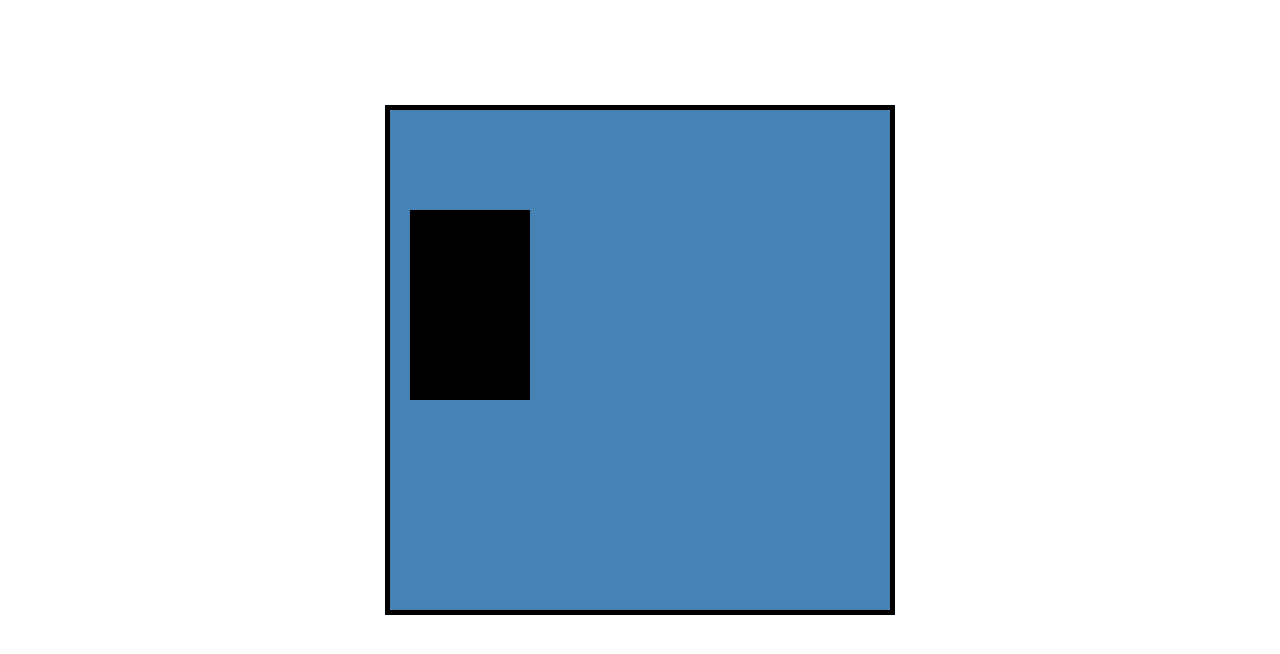
Repository: vasucp1207/seahorse-shooting-game
Page: index.html
The author's editor kept a copy of each file at every save. The page is drawn from the files as they stood at one save, then again after the next save.
The browser window is 1280 px wide. The pictures show the whole page.

Above is the page before, as saved 2022-08-24 18:35:08.

### index.html
<!DOCTYPE html>
<html lang="en">
<head>
    <meta charset="UTF-8">
    <meta http-equiv="X-UA-Compatible" content="IE=edge">
    <meta name="viewport" content="width=device-width, initial-scale=1.0">
    <title>Document</title>
    <link rel="stylesheet" href="style.css">
</head>
<body>
    <canvas id="canvas"></canvas>

    <script src="script.js"></script>
</body>
</html>

### style.css
* {
    margin: 0;
    padding: 0;
    box-sizing: border-box;
}

#canvas{
    border: 5px solid black;
    position: absolute;
    top: 50%;
    left: 50%;
    transform: translate(-50%, -50%);
    background: steelblue;
    max-width: 100%;
    max-height: 100%;
}

### script.js
window.addEventListener('load', function () {
    const canvas = this.document.getElementById('canvas')
    const ctx = canvas.getContext('2d')
    canvas.width = 500
    canvas.height = 500

    class InputHandler {
        constructor(game) {
            this.game = game
            window.addEventListener('keydown', e => {
                if (((e.key === 'ArrowUp')
                    || (e.key === 'ArrowDown'))
                    && (this.game.keys.indexOf(e.key)) === -1) {
                    this.game.keys.push(e.key)
                } else if(e.key === ' '){
                    this.game.player.shootTop()
                }
            })
            window.addEventListener('keyup', e => {
                if (this.game.keys.indexOf(e.key) > -1) {
                    this.game.keys.splice(this.game.keys.indexOf(e.key), 1)
                }
            })
        }
    }

    class Projectile {
        constructor(game, x, y){
            this.game = game
            this.x = x
            this.y = y
            this.width = 10
            this.height = 10
            this.speed = 10
            this.markedForDeletion = false
        }

        update(){
            this.x += this.speed
            if(this.x > this.game.width * 0.9) this.markedForDeletion = true
        }

        draw(context){
            context.fillStyle = 'yellow'
            context.fillRect(this.x, this.y, this.width, this.height)
        }
    }

    class Player {
        constructor(game) {
            this.game = game
            this.width = 120
            this.height = 190
            this.x = 20
            this.y = 100
            this.speedY = 0
            this.maxSpeed = 2
            this.projectile = []
        }

        update() {
            if(this.game.keys.includes('ArrowUp')) this.speedY = -this.maxSpeed
            else if(this.game.keys.includes('ArrowDown')) this.speedY = this.maxSpeed
            else this.speedY = 0
            this.y += this.speedY

            this.projectile.forEach(projectile => {
                projectile.update()
            })
            this.projectile = this.projectile.filter(projectile => !projectile.markedForDeletion)
        }
        draw(context) {
            context.fillStyle = 'black'
            context.fillRect(this.x, this.y, this.width, this.height)
            this.projectile.forEach(projectile => {
                projectile.draw(context)
            })
        }
        shootTop(){
            if(this.game.amo > 0){
                this.projectile.push(new Projectile(this.game, this.x + 80, this.y + 80))
                this.game.amo--
            }
        }
    }

    class Particle {

    }

    class Enemy {

    }

    class Layer {

    }

    class Background {

    }

    class UI {
        constructor(game){
            this.game = game
            this.fontSize = 25
            this.fontFamily = 'Helvetica'
            this.color = 'white'
        }
    }

    class Game {
        constructor(width, height) {
            this.width = width
            this.height = height
            this.player = new Player(this)
            this.input = new InputHandler(this)
            this.keys = []
            this.amo = 20
            this.amoTimer = 0
            this.amoInterval = 500
            this.maxAmo = 50
        }
        update(deltaTime) {
            this.player.update()
            if(this.amoTimer > this.amoInterval){
                if(this.amo < this.maxAmo) this.amo++
                this.amoTimer = 0
            }
            else{
                this.amoTimer += deltaTime
            }
        }
        draw(context) {
            this.player.draw(context)
        }
    }

    const game = new Game(canvas.width, canvas.height)
    let lastTime = 0
    function animate(timeStamp) {
        const deltaTime = timeStamp - lastTime
        lastTime = timeStamp
        ctx.clearRect(0, 0, canvas.width, canvas.height)
        game.update(deltaTime)
        game.draw(ctx)
        requestAnimationFrame(animate)
    }
    animate(0)
})

After the next save:
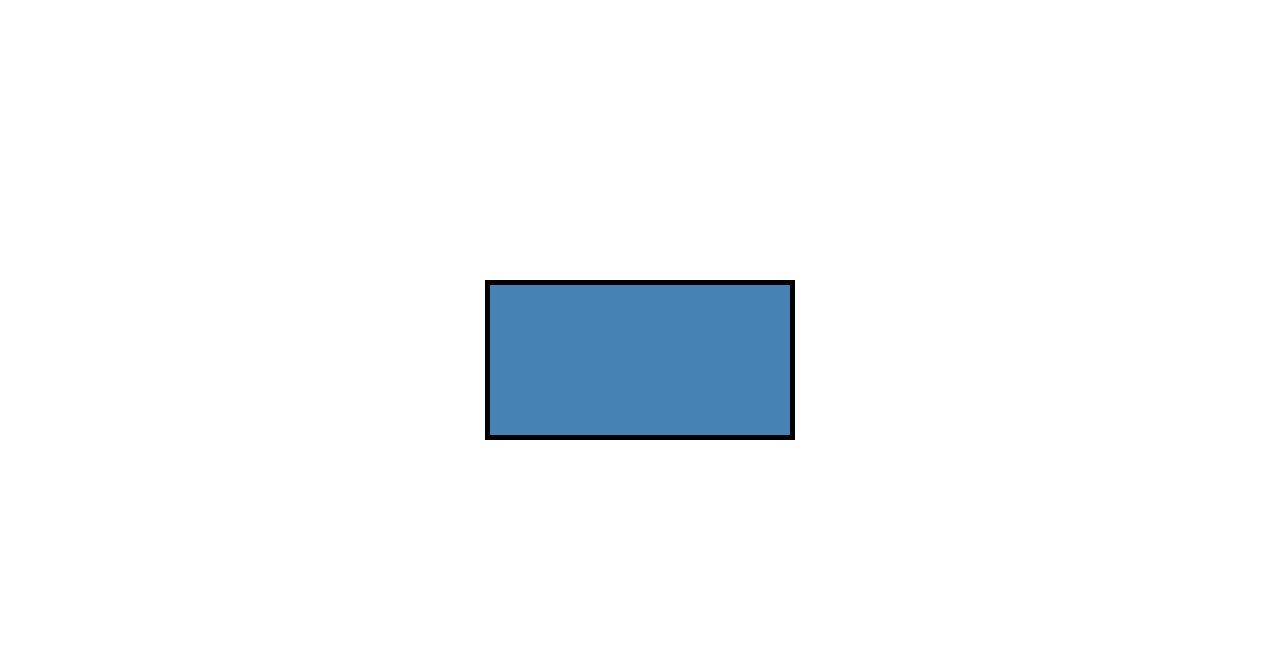
Console error: SyntaxError: Unexpected token '}'
Saved 4 s later.
--- a/script.js
+++ b/script.js
@@ -107,6 +107,7 @@
             this.fontFamily = 'Helvetica'
             this.color = 'white'
         }
+        draw()
     }
 
     class Game {

After the save that followed:
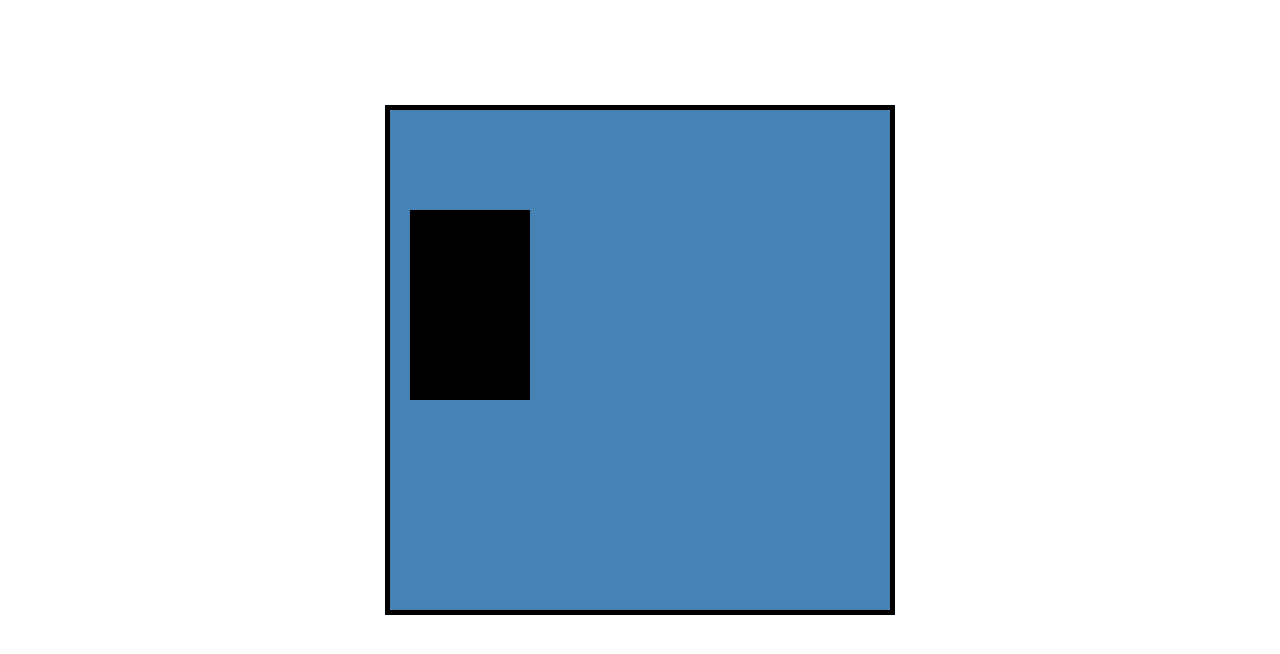
The error is gone.
Saved 4 s later.
--- a/script.js
+++ b/script.js
@@ -107,7 +107,9 @@
             this.fontFamily = 'Helvetica'
             this.color = 'white'
         }
-        draw()
+        draw(context){
+
+        }
     }
 
     class Game {
